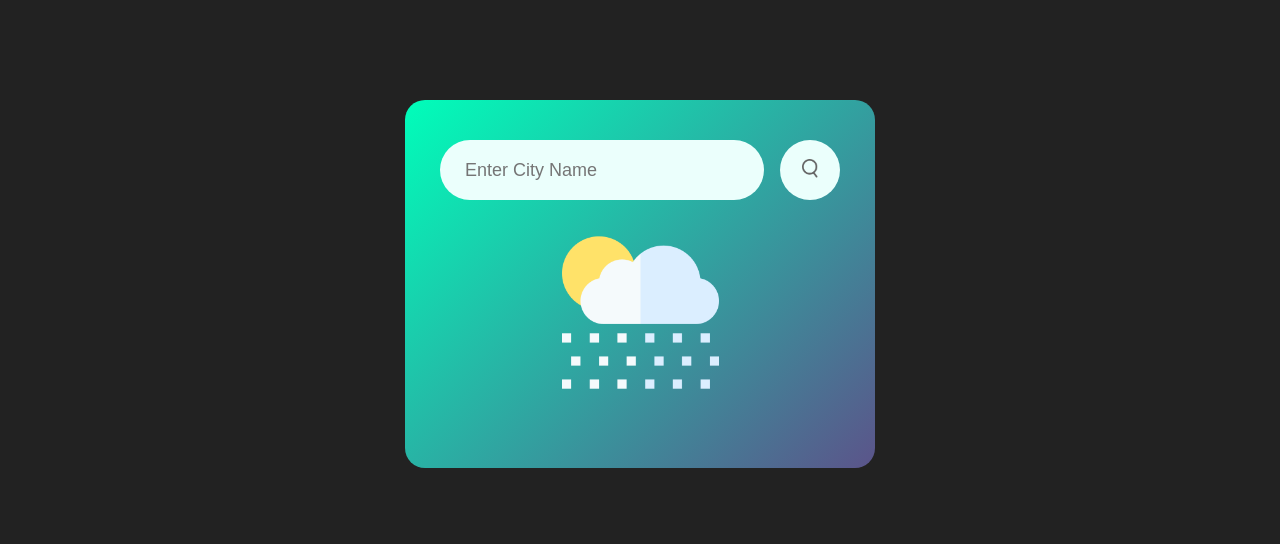
Repository: dubeprince/WeatherApp-Project
Page: WeatherApp/index.html
An editor plug-in stored every save of this project. The page is shown before and after the next save, followed by the edit.
The browser window is 1280 px wide. The pictures show the whole page.

Above is the page before, as saved 2023-05-26 10:54:50.

### WeatherApp/index.html
<!DOCTYPE html>
<html lang="en">
<head>
    <meta charset="UTF-8">
    <meta http-equiv="X-UA-Compatible" content="IE=edge">
    <meta name="viewport" content="width=device-width, initial-scale=1.0">
    <title>Weather App</title>
    <link rel = "stylesheet" href = "style.css">
</head>
<body>

    <div class="card">
        <div class="search">
            <input type="text" placeholder="Enter City Name" spellcheck="false">
            <button><img src="images/search.png" alt=""></button>
        </div>
        <div class="weather">
            <img src="images/rain.png" class="weather-icon">
        </div>
    </div>

</body>
</html>

### WeatherApp/style.css
*{
    margin : 0;
    padding: 0;
    font-family: 'Poppins', sans-serif;
    box-sizing: border-box;

}
body{
    background: #222;
}
.card{
    width: 90%;
    max-width: 470px;
    background: linear-gradient(135deg, #00feba, #5b548a);
    color: #fff; /* white */
    margin: 100px auto 0;
    border-radius: 20px;
    padding: 40px 35px;
    text-align: center;

}
.search{
    width: 100%;
    display: flex;
    align-items: center;
    justify-content: space-between;
}
.search input{
    border: 0;
    outline: 0;
    background: #ebfffc;
    color: #555;
    padding: 10px 25px;
    height: 60px;
    border-radius: 30px;
    flex: 1;
    margin-right: 16px;
    font-size: 18px;
}
.search button{
    border: 0;
    outline: 0;
    border-radius: 50%;
    background: #ebfffc;
    width: 60px;
    height: 60px;
    cursor: pointer;

}
.search button img{
    width: 16px;

}

After the next save:
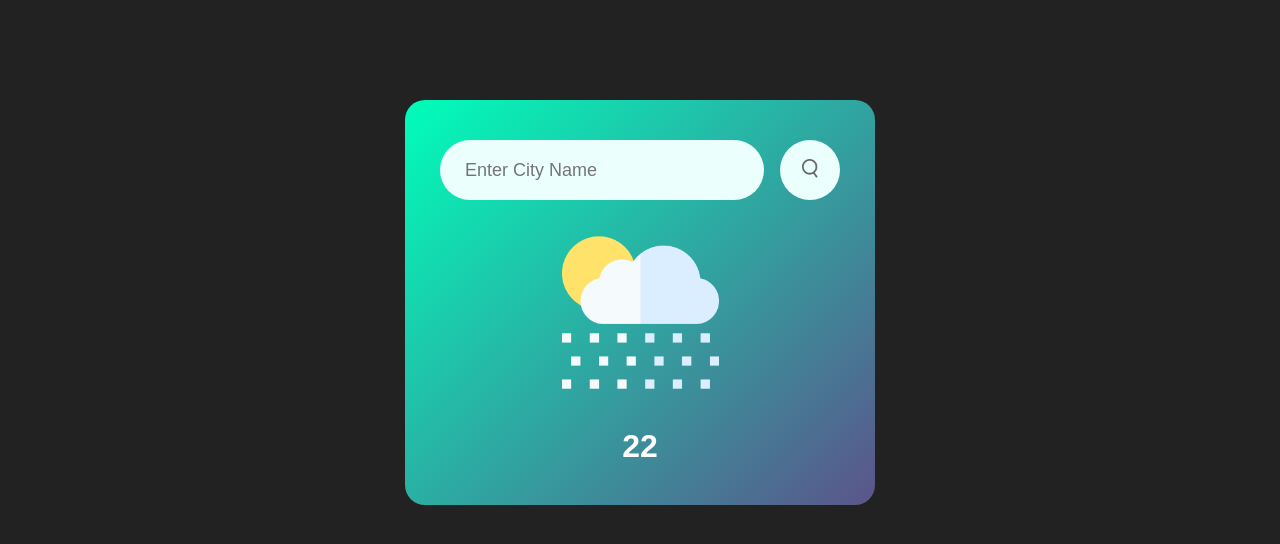
Saved 101 s later.
--- a/WeatherApp/index.html
+++ b/WeatherApp/index.html
@@ -16,6 +16,7 @@
         </div>
         <div class="weather">
             <img src="images/rain.png" class="weather-icon">
+            <h1 class="temp">22</h1>
         </div>
     </div>
 
